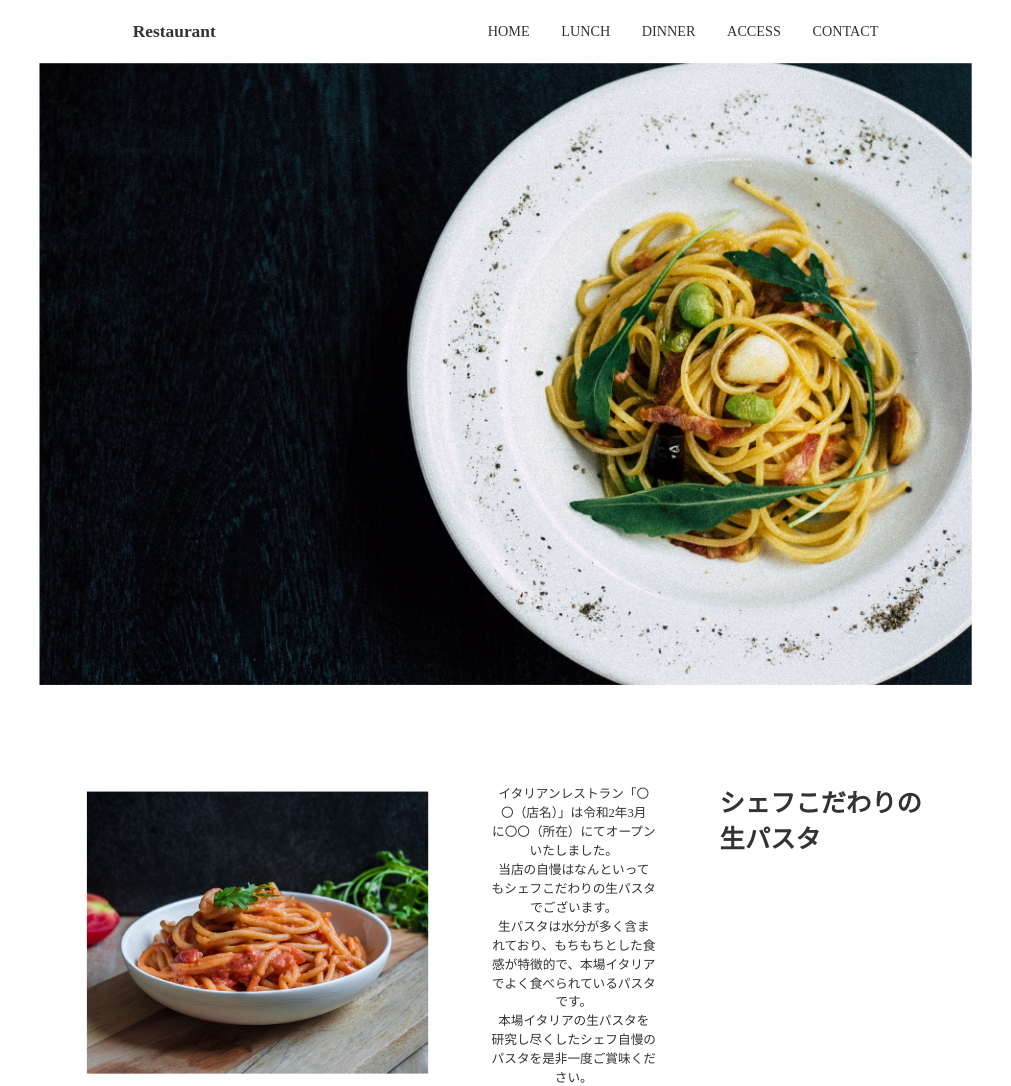
Repository: konatsu-0806/demo-site
Page: FromFigma/index.html
These files come from the project's save history. The page is drawn as it stood at one moment and after the next save; the edit follows.
The browser window is 1280 px wide. The pictures show the whole page, at 79% of full size.

Above is the page before, as saved 2023-02-08 17:11:48.

### FromFigma/index.html
<!DOCTYPE html>
<html lang="ja">

<head>
  <meta charset="UTF-8">
  <meta name="viewport" content="width=device-width, initial-scale=1.0">
  <meta http-equiv="X-UA-Compatible" content="ie=edge">
  <link rel="stylesheet" href="css/style.css">
  <title>demosite</title>
</head>

<body>
  <header class="header_bg">
    <div class="header_contents">
      <h1>Restaurant</h1>
      <div class="responsive_btn">
        <div class="menu_line"></div>
        <div class="menu_line"></div>
        <div class="menu_line"></div>
      </div>
      <nav class="header_nav">
        <ul class="header_nav_lists">
          <li><a class="nav_link" href="">HOME</a></li>
          <li><a class="nav_link" href="">LUNCH</a></li>
          <li><a class="nav_link" href="">DINNER</a></li>
          <li><a class="nav_link" href="">ACCESS</a></li>
          <li><a class="nav_link" href="">CONTACT</a></li>
        </ul>
      </nav>
    </div>
  </header>
  <script src="js/master.js"></script>

  <div class="main_visual">
   <img src="img/mgg-vitchakorn-98Xi5vMGKck-unsplash.jpg" alt="">
  </div>

  <div class="intro_bg">
    <div class="intro_contents">
        <div class="intro_img">
            <img src="img/pratik-gupta-gyt0s3wR1YM-unsplash.jpg" alt="">
        </div>
        <div class="intro_sentence">
            <p class="text-center">
              イタリアンレストラン「〇<br />
              〇（店名）」は令和2年3月<br />
              に〇〇（所在）にてオープン<br />
              いたしました。
            </p>
            <p class="text-center">
              当店の自慢はなんといって<br />
              もシェフこだわりの生パスタ<br />
              でございます。<br />
            </p>
            <p class="text-center">
              生パスタは水分が多く含ま<br />
              れており、もちもちとした食<br />
              感が特徴的で、本場イタリア<br />
              でよく食べられているパスタ<br />
              です。
            </p>
            <p class="text-center">
              本場イタリアの生パスタを<br />
              研究し尽くしたシェフ自慢の<br />
              パスタを是非一度ご賞味くだ<br />
              さい。
            </p>
        </div>
        <h1>シェフこだわりの生パスタ</h1>
    </div>
</div>
</body>

</html>

### FromFigma/css/style.css
/* Reset style */
* {
    margin: 0;
    padding: 0;
    box-sizing: border-box;
    list-style: none;
    text-decoration: none;
    color: #333;
}

/* Normal header style */
.header_bg {
    width: 100%;
    height: 80px;
}

.header_contents {
    width: 100%;
    max-width: 1024px;
    height: 100%;
    margin: 0 auto;
    display: flex;
    justify-content: space-between;
    align-items: center;
}

.header_contents h1 {
    font-size: 22px;
    margin: 0 0 0 40px;
}

.header_nav_lists {
    display: flex;
}

.header_nav_lists li {
    margin: 0 40px 0 0;
}

.nav_link {
    font-size: 18px;
}

/* Responsive menu button */
.responsive_btn {
    display: none;
    flex-direction: column;
    align-items: center;
    justify-content: center;
    width: 32px;
    height: 32px;
    margin: 0 40px 0 0;
    cursor: pointer;
    position: relative;
    z-index: 10;
}

.menu_line {
    background-color: #333;
    border-radius: 5px;
    width: 100%;
    height: 5px;
    margin: 4px 0;
}

/* Reaponsive style */
@media screen and (max-width: 768px) {
    .responsive_btn {
        display: flex;
    }

    .header_bg {
        position: relative;
    }

    .header_nav {
        background-color: white;
        width: 100%;
        height: 100vh;
        padding: 80px 0 0 0;
        position: absolute;
        top: 0;
        right: -100%;
        transition: .5s;
    }

    .header_nav_lists {
        display: block;
        text-align: center;
    }

    .header_nav_lists li {
        margin: 0 0 40px;
        text-align: center;
    }

    .nav_link {
        font-size: 20px;
    }
}

/* js function "menuToggle" starting only */
.menu_active {
    right: 0;
  }

/* 1st pic */
img {
    width: 100%;
}

.main_visual {
    margin: 0 50px;
}

/* contents */
.intro_bg {
    width: 100%;
    max-width: 1200px;
    margin: auto;
    padding: 120px 50px 0px 70px;
}
.contents img {
    width: 100%;
    box-shadow: -12px -12px 2px 1px rgba(0, 0, 255, .2);
}
.text-center {
    text-align: center;
}
.intro_contents {
    display: flex;
}
.intro_img {
    width: 55%;
    margin: auto;
}
.intro_sentence {
    width: 45%;
    margin: auto .5rem;
}
@media screen and (max-width: 767px) {
    .intro_contents {
        display: block;
    }
    .intro_contents .intro_img {
        width: 100%;
        margin: 0 auto;
    }
    .intro_contents .intro_sentence {
        width: 100%;
        margin: 0 auto;
    }
}

### FromFigma/js/master.js
const responsive_menu_btn = document.querySelector('.responsive_btn');
responsive_menu_btn.addEventListener('click', menuToggle);

function menuToggle() {
  const header_menu_detail = document.querySelector('.header_nav');
  header_menu_detail.classList.toggle('menu_active');
}

After the next save:
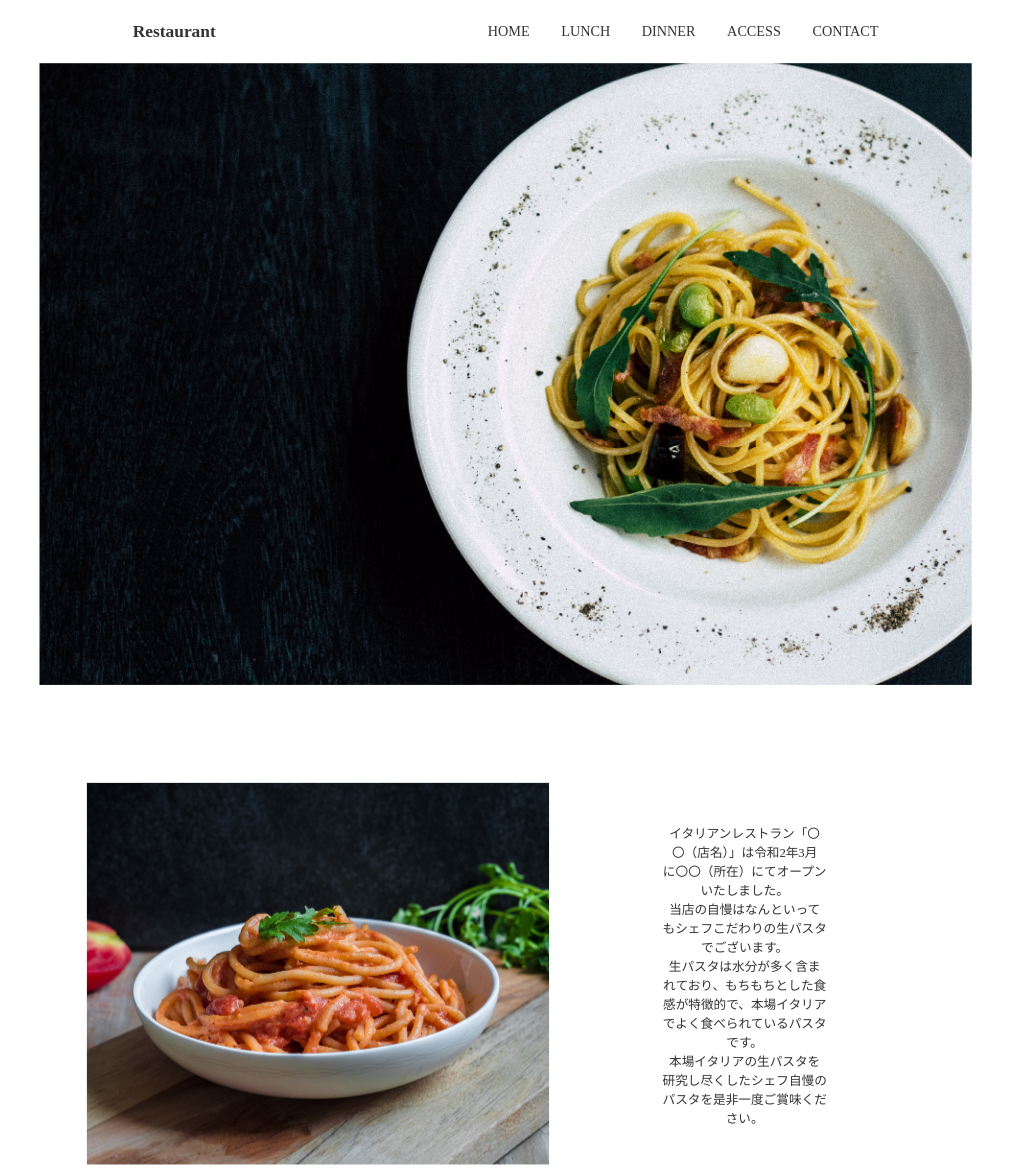
Saved 66 s later.
--- a/FromFigma/index.html
+++ b/FromFigma/index.html
@@ -66,7 +66,6 @@
               さい。
             </p>
         </div>
-        <h1>シェフこだわりの生パスタ</h1>
     </div>
 </div>
 </body>
